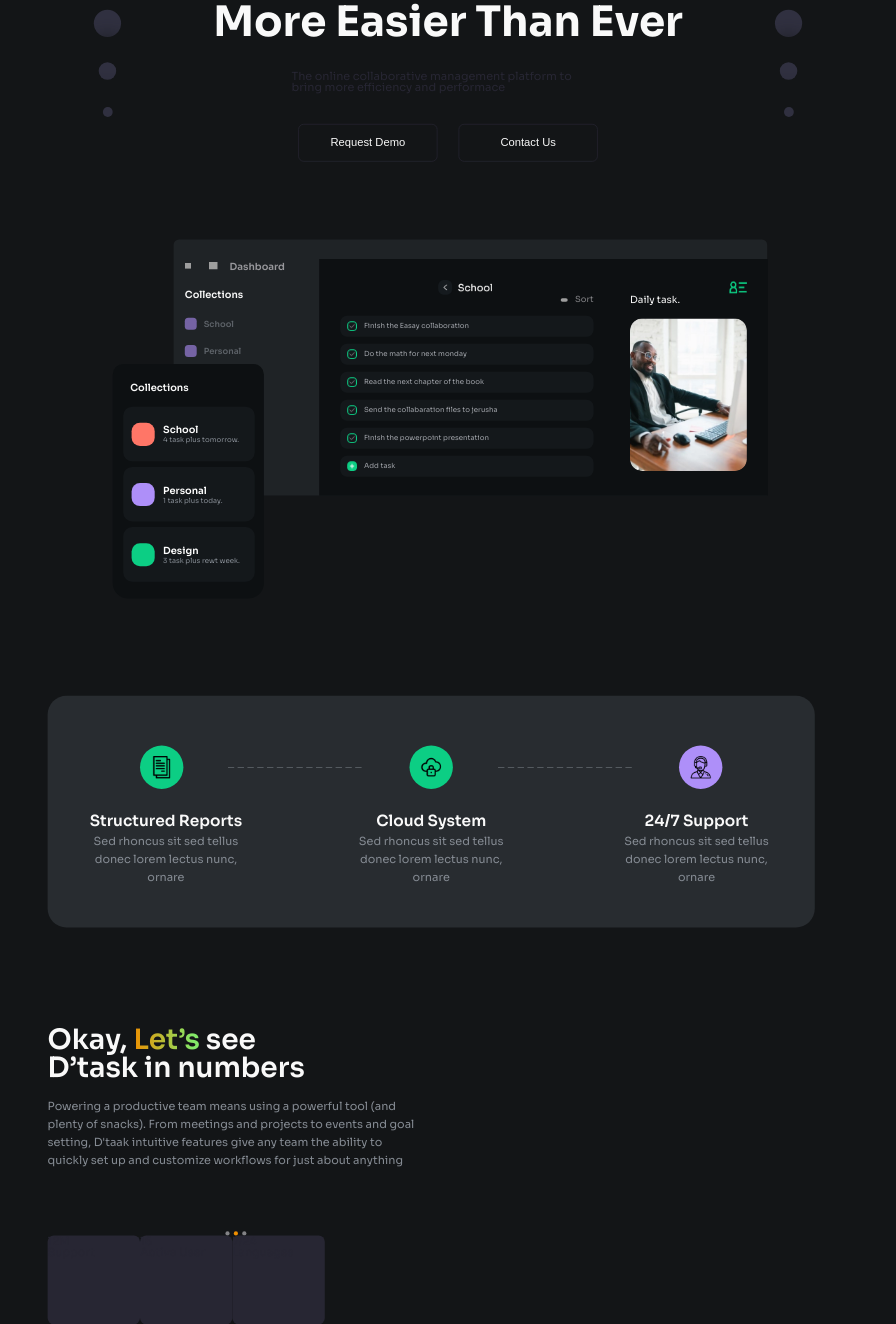
Repository: anhthiethumg/Task_Managerment_Website
Page: index.html
An editor plug-in stored every save of this project. The page is shown before and after a run of saves, followed by the edit.
The browser window is 1280 px wide. The pictures show the part of the page from y = 320 to 2240 px (the page is 2212 px tall before and 2240 px after), at 70% of full size.
Pictures or frames that could not be fetched are drawn as grey boxes. A picture or video elsewhere on the page could not be fetched, so the positions and the page height are approximate.

Above is the page before, as saved 2023-07-29 00:41:03.

After the next 5 saves:
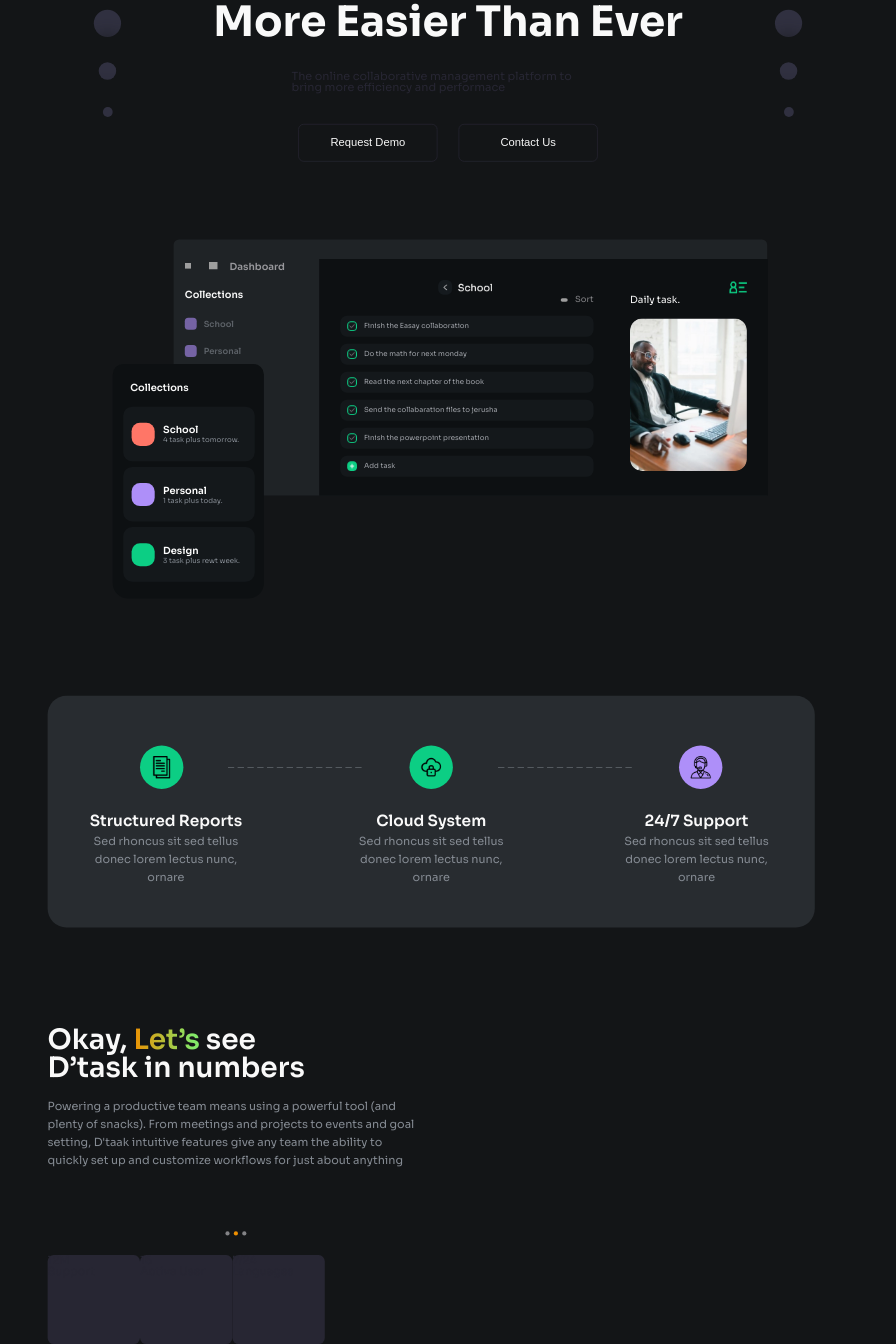
The 5 saves are shown as one change because they came seconds apart.
The last was saved 22 s later.
--- a/assets/css/styles.css
+++ b/assets/css/styles.css
@@ -489,6 +489,7 @@ a {
 .static__dot {
   gap: 6px;
   justify-content: center;
+  margin-bottom: 28px;
 }
 .dot {
   width: 6px;
@@ -508,4 +509,6 @@ a {
   background: var(--text-color-dark-blue, #272633);
 }
 
-.static__item
+.static__item {
+
+}
